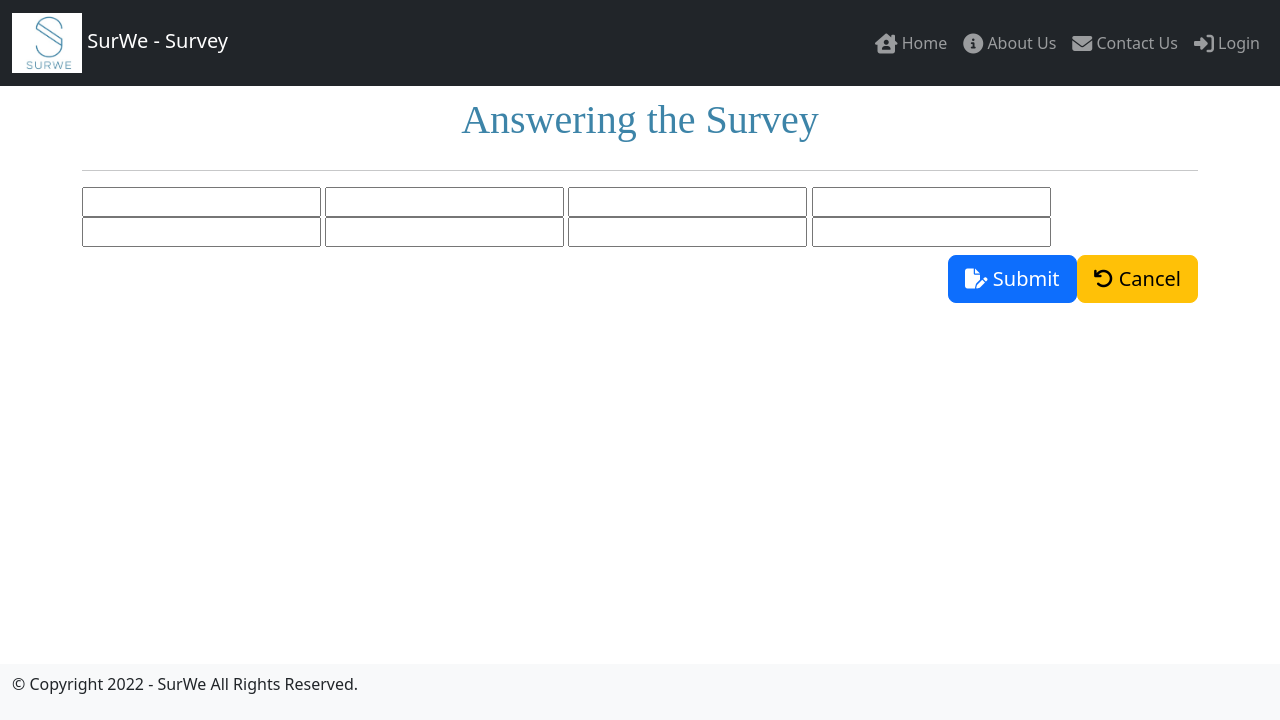
Repository: ryanchandata/comp229-m2022-group6-frontend
Page: /answer
These files come from the project's save history. The page is drawn as it stood at one moment and after the next save; the edit follows.
The browser window is 1280 px wide. The pictures show the whole page.
The page's requests for data from a server got no answer. The project was rebuilt for these pictures with package versions that can differ from the ones it lists, and the page was loaded fresh each time. No one was signed in, and anything a server would have sent is missing. Also part of the build but not shown: src/content/home.tsx, src/content/about.tsx, src/content/contact.tsx, src/survey-list/landing.tsx, src/survey-list/add.tsx, src/survey-list/edit.tsx, src/authentication/login.tsx, src/authentication/logout.tsx and 3 more.

Above is the page before, as saved 2022-08-13 22:41:34.

### public/index.html
<!DOCTYPE html>
<html lang="en">
  <head>
    <meta charset="utf-8" />
    <link rel="icon" href="%PUBLIC_URL%/favicon.ico" />
    <meta name="viewport" content="width=device-width, initial-scale=1" />
    <meta name="theme-color" content="#000000" />
    <meta
      name="description"
      content="Web site created using create-react-app"
    />
    <link rel="apple-touch-icon" href="%PUBLIC_URL%/logo192.png" />
    <!--
      manifest.json provides metadata used when your web app is installed on a
      user's mobile device or desktop. See https://developers.google.com/web/fundamentals/web-app-manifest/
    -->
    <link rel="manifest" href="%PUBLIC_URL%/manifest.json" />
    <!--
      Notice the use of %PUBLIC_URL% in the tags above.
      It will be replaced with the URL of the `public` folder during the build.
      Only files inside the `public` folder can be referenced from the HTML.

      Unlike "/favicon.ico" or "favicon.ico", "%PUBLIC_URL%/favicon.ico" will
      work correctly both with client-side routing and a non-root public URL.
      Learn how to configure a non-root public URL by running `npm run build`.
    -->
    <title>COMP 229</title>
  </head>
  <body>
    <noscript>You need to enable JavaScript to run this app.</noscript>
    <div id="root"></div>
    <!--
      This HTML file is a template.
      If you open it directly in the browser, you will see an empty page.

      You can add webfonts, meta tags, or analytics to this file.
      The build step will place the bundled scripts into the <body> tag.

      To begin the development, run `npm start` or `yarn start`.
      To create a production bundle, use `npm run build` or `yarn build`.
    -->
  </body>
</html>

### src/index.tsx
import React from 'react';
import ReactDOM from 'react-dom/client';
import './index.css';
import App from './App';
import reportWebVitals from './reportWebVitals';

const root = ReactDOM.createRoot(
  document.getElementById('root') as HTMLElement
);
root.render(
  <React.StrictMode>
    <App />
  </React.StrictMode>
);


// If you want to start measuring performance in your app, pass a function
// to log results (for example: reportWebVitals(console.log))
// or send to an analytics endpoint. Learn more: https://bit.ly/CRA-vitals
reportWebVitals();

### src/App.tsx
import React from 'react';
import { BrowserRouter, Route, Routes } from 'react-router-dom';

// Common Components
import Header from './components/header';
import Footer from './components/footer';

// Content Components
import Home from './content/home';
import About from './content/about';
import Contact from './content/contact';
import Survey from './survey-list/landing';
import Add from './survey-list/add';
import Edit from './survey-list/edit';
import PageNotFound from './content/PageNotFound';
import Answer from './survey-list/answer';

// Authentication Components
import Login from './authentication/login';
import Logout from './authentication/logout';
import Register from './authentication/register';
import RequireAuth from './authentication/requireAuth';
import Account from './authentication/account';

// Styles and Fonts
import 'bootstrap/dist/css/bootstrap.min.css';
import '@fortawesome/fontawesome-free/css/all.min.css';
import './App.css';
import "../node_modules/jquery/dist/jquery.min.js";
import "../node_modules/bootstrap/dist/js/bootstrap.min.js";

// App Template
class App extends React.Component {

  constructor(props: any) {
    super(props);
    this.state = {
      isLoggedIn: false
    };
  }

render(){
  return (
    <div className="App">
      <BrowserRouter>
        <Header></Header>

        {/* Client-Side Routing */}
        <Routes>
          <Route path="/" element={<Home />} />
          <Route path="/home" element={<Home />} />
          <Route path="/about" element={<About />} />
          <Route path="/contact" element={<Contact />} />
          <Route path="/survey" element={<RequireAuth><Survey /></RequireAuth>} />
          <Route path="/add" element={<RequireAuth><Add /></RequireAuth>} />
          <Route path="/edit/:id" element={<RequireAuth><Edit /></RequireAuth>} />
          <Route path="*" element={<PageNotFound />} />
          <Route path="/answer" element={<Answer />} />
          <Route path="/account" element={<RequireAuth><Account /></RequireAuth>} />
          <Route path="/login" element={<Login />} />
          <Route path="/logout" element={<Logout />} />
          <Route path="/register" element={<Register />} />
        </Routes>

        <Footer></Footer>
      </BrowserRouter>
    </div>
   );
  }
}

export default App;

### src/components/header.tsx
import React, { useEffect, useState } from 'react';
import { NavLink } from 'react-router-dom';
import logo from './team_logo.jpg';
import AuthService from '../services/auth-service';

console.log(logo);

function Header()
{
  const [ isLoggedIn, setIsLoggedIn ] = useState(false);
  const [ ,setValue ] = useState({});

    useEffect(()=>{
        setIsLoggedIn(AuthService.getCurrentUser())
        setValue({});
    }, []);

function toggleLogin()
  {
    if(isLoggedIn)
    {
      return(
        <><li className='nav-item'>
          <NavLink to={"/account"} className='nav-link' aria-current="page"><i className="fa-solid fa-user fa-lg"></i> Account</NavLink>
        </li><li className='nav-item'>
            <NavLink to={"/logout"} className='nav-link' aria-current="page"><i className="fa-solid fa-right-from-bracket fa-lg"></i> Logout</NavLink>
          </li></>
      );
    }
    else
    {
      return(
        <li className="nav-item">
            <NavLink to={"/login"} className="nav-link" aria-current="page" ><i className="fa-solid fa-right-to-bracket fa-lg"></i> Login</NavLink>
          </li>
      );
    }
  }

  function toggleSurveyList()
  {
      if (isLoggedIn)
      {
        return(
          <li id="surveyListLink" className='nav-item'>
            <NavLink to={"/survey"} className="nav-link" aria-current="page" ><i className="fa-solid fa-list-ul fa-lg"></i> My Surveys</NavLink>
          </li>
        );
      }
  }


    return (
        <nav className="navbar navbar-expand-lg navbar-dark bg-dark">
    <div className="container-fluid">
      <NavLink to={"/"} className="navbar-brand"><img src={logo} alt="Logo" height={60} width={70} /> SurWe - Survey</NavLink>
      <button className="navbar-toggler" type="button" data-bs-toggle="collapse" data-bs-target="#navbarSupportedContent" aria-controls="navbarSupportedContent" aria-expanded="false" aria-label="Toggle navigation">
        <span className="navbar-toggler-icon"></span>
      </button>
      <div className="collapse navbar-collapse" id="navbarSupportedContent">
        <ul className="navbar-nav ms-auto mb-2 mb-lg-0">
          <li className="nav-item">
            <NavLink to={"/home"} className="nav-link" aria-current="page"><i className="fa-solid fa-house-chimney-user fa-lg"></i> Home</NavLink>
          </li>
          <li className="nav-item">
            <NavLink to={"/about"} className="nav-link" aria-current="page"><i className="fa-solid fa-circle-info fa-lg"></i> About Us</NavLink>
          </li>
          <li className="nav-item">
            <NavLink to={"/contact"} className="nav-link" aria-current="page"><i className="fa-solid fa-envelope fa-lg"></i> Contact Us</NavLink>
          </li>

          { toggleSurveyList() }
          { toggleLogin() }

        </ul>
      </div>
    </div>
  </nav>
    );
}

export default Header;

### src/components/footer.tsx
import React from 'react';

// Footer Component
function Footer()
{
    function getDate(): number
    {
      let date = new Date();
      return date.getFullYear();
    }
    return(
        <nav className="navbar fixed-bottom bg-light">
          <div className="container-fluid">
          <p id="copyright">&copy; Copyright { getDate()} - SurWe All Rights Reserved.</p>
         </div>
        </nav>
    );
}

export default Footer;

### src/survey-list/answer.tsx
import React, { ChangeEvent, useEffect, useState } from 'react';
import { Link, useParams } from 'react-router-dom';
import IResponseData from '../models/Response';
import ISurveyData from '../models/Survey';
import responseService from '../services/response-service';
import surveyService from '../services/survey-service';

export default function Answer()
{
    // items for post response
    const { id } = useParams();
    const [ surveyId, setSurveyId ] = useState('');
    const [ question1_ans, setQuestion1_ans ] = useState('');
    const [ question2_ans, setQuestion2_ans ] = useState('');

    // items for get survey
    const [ name, setName ] = useState('');

    const [ question1, setQuestion1 ] = useState('');
    const [ optionType1, setOptionType1 ] = useState('');
    const [ optiondetails1_1, setOptiondetails1_1 ] = useState('');
    const [ optiondetails1_2, setOptiondetails1_2 ] = useState('');
    const [ optiondetails1_3, setOptiondetails1_3 ] = useState('');
    const [ optiondetails1_4, setOptiondetails1_4 ] = useState('');

    const [ question2, setQuestion2 ] = useState('');
    const [ optionType2, setOptionType2 ] = useState('');
    const [ optiondetails2_1, setOptiondetails2_1 ] = useState('');
    const [ optiondetails2_2, setOptiondetails2_2 ] = useState('');
    const [ optiondetails2_3, setOptiondetails2_3 ] = useState('');
    const [ optiondetails2_4, setOptiondetails2_4 ] = useState('');

    useEffect(()=>{
        getSurvey(id);
        document.title = "Answering Survey";
    }, [id]);

    function onChangeQuestion1_ans(e: ChangeEvent<HTMLInputElement>)
    {
        setQuestion1_ans(e.target.value);
    }

    function onChangeQuestion2_ans(e: ChangeEvent<HTMLInputElement>)
    {
        setQuestion2_ans(e.target.value);
    }

    function getSurvey(id: any)
    {
        surveyService.readOne(id)
        .then((response: any) =>{
            setName(response.data.surveys.name);
            setQuestion1(response.data.surveys.question1);
            setOptionType1(response.data.surveys.optionType1);
            setOptiondetails1_1(response.data.surveys.optiondetails1_1);
            setOptiondetails1_2(response.data.surveys.optiondetails1_2);
            setOptiondetails1_3(response.data.surveys.optiondetails1_3);
            setOptiondetails1_4(response.data.surveys.optiondetails1_4);

            setQuestion2(response.data.surveys.question2);
            setOptionType2(response.data.surveys.optionType2);
            setOptiondetails2_1(response.data.surveys.optiondetails2_1);
            setOptiondetails2_2(response.data.surveys.optiondetails2_2);
            setOptiondetails2_3(response.data.surveys.optiondetails2_3);
            setOptiondetails2_4(response.data.surveys.optiondetails2_4);
        })
        .catch((e: Error)=>{
            console.log(e);
        });
    }

    function saveResponse(e: any)
    {
        e.preventDefault();
        const data: IResponseData = {
            _id: id,
            surveyId: surveyId,
            question1_ans: question1_ans,
            question2_ans: question2_ans,

        }
            responseService.update(data, id)
            .then((response: any)=>
            {
                setQuestion1_ans(response.data.question1_ans);
                setQuestion2_ans(response.data.question2_ans);
            })
            .catch((e: Error)=>{
                console.log(e);
            });
            window.location.href="/home";
        }

    return(
        <div className="container">
            <h1>Answering the Survey</h1>
            <hr />
            <form onSubmit={saveResponse} className="form" method="post">
                <div className="form-group">
                    <label htmlFor="name"> {name} </label>

                    <label htmlFor="question1"> {question1} </label>
                    <input type= { optionType1 } /> {optiondetails1_1}
                    <input type= { optionType1 } /> {optiondetails1_2}
                    <input type= { optionType1 } /> {optiondetails1_3}
                    <input type= { optionType1 } /> {optiondetails1_4}

                    <label htmlFor="question2"> {question2} </label>
                    <input type= { optionType2 } /> {optiondetails2_1}
                    <input type= { optionType2 } /> {optiondetails2_2}
                    <input type= { optionType2 } /> {optiondetails2_3}
                    <input type= { optionType2 } /> {optiondetails2_4}
                </div>

                <div className="text-end mt-2">
                        <button id="submitButton" type="submit" className="btn btn-primary btn-lg"><i className="fa-solid fa-file-pen"></i> Submit</button>
                        <Link to= {"/home"} className="link"><button id="cancelButton" type="reset" className="btn btn-warning btn-lg">
                            <i className="fas fa-undo"></i> Cancel</button></Link>
                        </div>
            </form>
        </div>
    );
}

### src/App.css
/* Custom CSS goes here */
h1 {
  /* font-size: var(--abrilheadingSize); */
  font-family: 'Rockwell';
  color: #3D84A8;
  padding: 10px 0px;
  text-align: center;
}

h2 {
  font-family: 'Lucida Handwriting';
  color: #5b656a;
  padding: 10px 0px;
  text-align: center;
}

h3{
  margin: auto;
  width: 50%;
  padding: 10px 0px;
  text-align: center;
  font-family: 'Copperplate Gothic Light';
}

  /* - - - - - - - Others - - - - - - - */

body {
    padding-bottom: 70px;
  }

  .input-group-addon:first-child
  {
      border-right: 0;
  }

  .input-group-addon
  {
      padding: 6px 12px;
      font-size: 14px;
      font-weight: 400;
      line-height: 1;
      text-align: center;
      border: 1px solid darkgrey;
      border-radius: 4px;
  }

  .input-group-addon .fa
  {
      font-size: 18px;
  }

  .input-group .form-control
  {
      position:relative;
      z-index: 2;
      float:left;
      margin-bottom: 0;
  }

  .input-group .form-control:last-child
  {
      border-top-left-radius: 0;
      border-bottom-left-radius: 0;
  }



  .login
  {
      padding: 2rem 1rem;
      margin-bottom: 2rem;
      background-color: lightgrey;
      border-radius: .3rem;
  }

  .login input
  {
      background-color: white;
      border-color: darkgrey;
      border-radius: .4em;
      width: 100%;
  }

  .edit-task
  {
      position: relative;
      top: -31px;
      display: none;
  }

  .nav {
      background-color: #ffffff;
      color: #000000;
      list-style: none;
      text-align: right;
      padding: 20px 0 20px;
  }

  .nav > li {
      margin-left: 100px;
      padding: 12px 0 0 5px;
      font-size: 12px;
  }

  .nav > li > a {
      text-decoration: none;
      color: #000000;
  }

  .coname {
      color: #000000;
      float: left;
      padding-left: 25px;
      font-size: 16px;
      font-weight: bold;
  }

  /* - - - - - - - About Page - - - - - - - */

.main-page-section {
  position: relative;

}

.sps > div {
  display: flex;
  flex-direction: column;
  align-items: center;
  flex-wrap: wrap;
  text-align: center;
}

.bg-transbox {
    position: relative;
    height: 70vh;
    width: 100%;
    display: flex;
    align-items: center;
    justify-content: center;
    z-index: -1;
    background-image: url(./content/homepic1.jpg);
}
/*
.bg-transbox::before {
    content: "";
    background-image: url(./content/homepic1.jpg);;
    background-size: cover;
    position: absolute;
    top: 0px;
    right: 0px;
    bottom: 0px;
    left: 0px;
    opacity: 0.75;
}
*/
.h2 {
  position: relative;
  color: #94A2A8;
  font-size: 14rem;
  line-height: 0.9;
  text-align: center;
}

/* Style for switch button */
.switch{
  position: relative;
  display: inline-block;
  width: 45px;
  height: 25px;
  margin: 0 10px;
}

.slider{
  position: absolute;
  cursor: pointer;
  top: 0;
  left: 0;
  right: 0;
  bottom: 0;
  background-color: #ccc;
  transition: 0.4s;
  border-radius: 34px;
}

.switch input {
  opacity: 0;
  position: absolute;
  top: 0;
  left: 0;
  height: 20px;
  width: 20px;
  z-index: 2;
}

.slider:before{
  position: absolute;
  content: "";
  height: 19px;
  width: 20px;
  left: 4px;
  bottom: 3px;
  background-color: white;
  transition: 0.4s;
  border-radius: 50px;
}

input:checked + .slider
{
  background-color: #38e902;
}

input:checked + .slider:before
{
  transition: translateX(50px);
}

### src/services/auth-service.tsx
import http from '../components/http-common';

class AuthService
{
    public login(username: string, password: string)
    {
        return http.post('/login', {username, password})
        .then(response => {
            if(response.data.token)
            {
                localStorage.setItem("user", JSON.stringify(response.data));
            }
            return response.data;
        });
    }

    public logout()
    {
        localStorage.removeItem("user");
    }

    public register(username: string, password: string, firstName: string, lastName: string, emailAddress: string)
    {
        return http.post('register', { username, password, firstName, lastName, emailAddress });
    }

    getCurrentUser()
    {
        const userString = localStorage.getItem("user") as string;
        if (userString)
        {
            return JSON.parse(userString);
        }
        return false;
    }
}

export default new AuthService();

### src/services/survey-service.tsx
import http from '../components/http-common';
import ISurveyData from '../models/Survey';
import AuthHeader from './auth-header';

class SurveyService
{
    create(data: ISurveyData)
    {
        return http.post<ISurveyData>("/add", data, AuthHeader());
    }

    readAll()
    {
        return http.get<Array<ISurveyData>>("/survey", AuthHeader());
    }

    readOne(id: any)
    {
        return http.get<ISurveyData>(`/edit/${id}`, AuthHeader());
    }

    update(data: ISurveyData, id: any)
    {
        return http.post<ISurveyData>(`/edit/${id}`, data, AuthHeader());
    }

    delete(id: any)
    {
        return http.get<ISurveyData>(`/delete/${id}`, AuthHeader());
    }
}

export default new SurveyService();

### src/services/response-service.tsx
import http from '../components/http-common';
import IResponseData from "../models/Response";
import ISurveyData from '../models/Survey';

class ResponseService
{
    readOne(id: any)
    {
        return http.get<ISurveyData>(`/edit/${id}`);
    }

    update(data: IResponseData, id: any)
    {
        return http.post<IResponseData>(`/answer/${id}`, data);
    }
}

export default new ResponseService();

### src/components/http-common.tsx
import axios from 'axios';
export default axios.create({
    baseURL: "https://comp229-m2022-group6-backend.herokuapp.com/api",
    // baseURL: "http://localhost:3500/api"
    headers: {
        "Content-type": "application/json"
    }
});

### src/services/auth-header.tsx
export default function AuthHeader()
{
    const userString = localStorage.getItem("user");
    let user = null;

    if(userString)
    {
        user = JSON.parse(userString);
    }

    if(user && user.token)
    {
        return {headers: {"Authorization": "Bearer " + user.token}};
    }
    else
    {
        return {};
    }
}

### src/content/PageNotFound.tsx
import React, { useEffect } from 'react';

function PageNotFound()
{
    useEffect(()=>{
        document.title = "ERROR: 404";
    })
    return(
        <div className="container">
            <h1>ERROR: 404 - Page Not Found!</h1>
        </div>
    );
}

export default PageNotFound;

Loaded but not shown: src/index.css (common file); src/reportWebVitals.ts (common file)

After the next save:
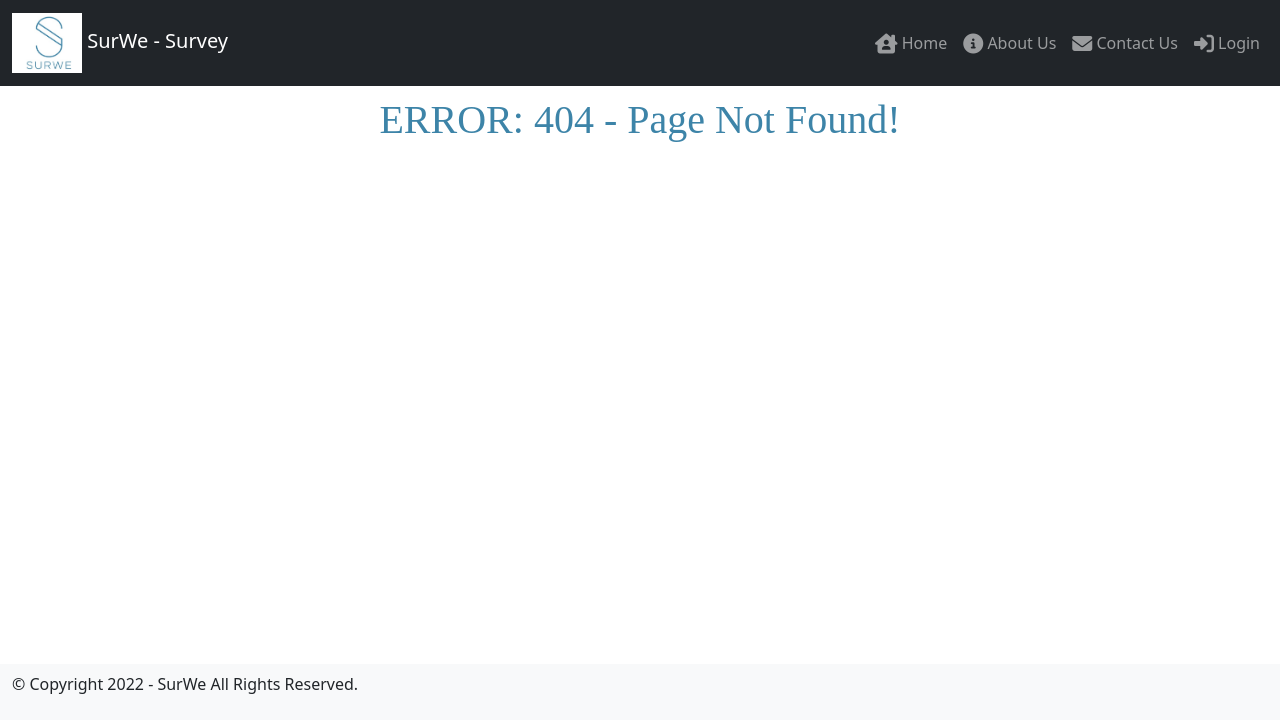
Saved 30 s later.
--- a/src/App.tsx
+++ b/src/App.tsx
@@ -55,7 +55,7 @@ render(){
           <Route path="/add" element={<RequireAuth><Add /></RequireAuth>} />
           <Route path="/edit/:id" element={<RequireAuth><Edit /></RequireAuth>} />
           <Route path="*" element={<PageNotFound />} />
-          <Route path="/answer" element={<Answer />} />
+          <Route path="/answer/:id" element={<Answer />} />
           <Route path="/account" element={<RequireAuth><Account /></RequireAuth>} />
           <Route path="/login" element={<Login />} />
           <Route path="/logout" element={<Logout />} />
